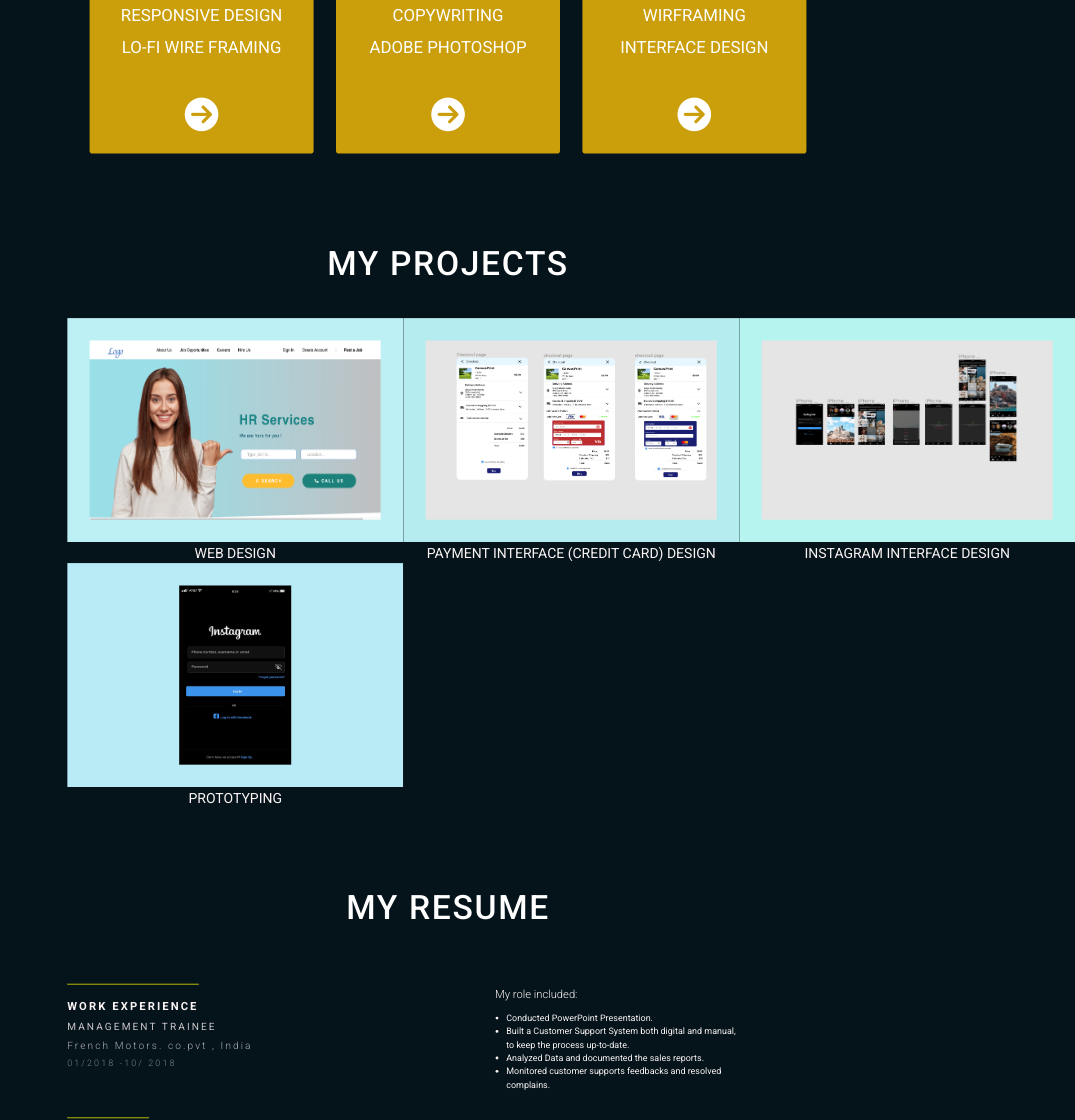
Repository: ajeyamajumder/Ajeya-Web-Portfolio-Design
Page: index.html
The author's editor kept a copy of each file at every save. The page is drawn from the files as they stood at one save, then again after the next save.
The browser window is 1280 px wide. The page is 1536 px wide, then 1280 px, so the pictures cover 1536 px, including what lies to the right of the window. The pictures show the part of the page from y = 1909 to 3509 px (the page is 4285 px tall), at 70% of full size.
Some web fonts or font styles are not loaded; a fallback is used. Some web libraries are served in a nearby version.

Above is the page before, as saved 2023-03-12 20:53:55.

### index.html
<!DOCTYPE html>
<html lang="en">
  <head>
    <meta charset="UTF-8" />
    <meta name="viewport" content="width=device-width, initial-scale=1.0" />
    <link rel="stylesheet" href="/css /normalize.css" />
    <link rel="stylesheet" href="/css /style.css" />
    <link rel="preconnect" href="https://fonts.googleapis.com">
    <link rel="preconnect" href="https://fonts.gstatic.com" crossorigin>
    <link href="https://fonts.googleapis.com/css2?family=Calligraffitti&family=Roboto+Slab:wght@700;800&family=Roboto:ital,wght@0,300;0,400;0,500;0,700;1,500&display=swap" rel="stylesheet">
    <title>Ajeya Chakraborty Portfolio</title>
  </head>
  <body>
      <header>
<nav class = "navbar" >
        <ul class="list nav__list ">
            <li class="nav__item">
                <a href=""target="_blank"> HOME </a></li>
            <li class="nav__item">
                <a  href=""target="_blank">SKILLS</a> </li>

            <li class="nav__item">
                <a href=""target="_blank">PORTFOLIO</a> </li>
            <li class="nav__item ">
                <a  href=""target="_blank">ABOUT</a> </li>
            <li class="nav__item ">
                <a  href=""target="_blank">CONTACT</a> </li>
        </ul>
</nav>
</header>
<section class="block container ">
   <header class ="banner__block-header">
    <h1 class="heading__h1">Hello </h1>
    <p class="heading__para" > I am a WEB DESIGNER </p>

    <div class="banner__header">
    <div class="banner__header-firstname">Ajeya</div>
    <div class="banner__header-lastname">Chakraborty</div>

    </div>
<div class="button">
    <button class="btn btn__resume"> Download My Resume!</button>
</div>

</header>
</section>
<section class="block   ">

    <header class="block__header ">
        <h2>ABOUT ME</h2>
    </header>

    <div class=" container second__block  ">

        <div class="grid  grid--1X2 grid--1x2  ">

   <div><h6 class="about__tag">I'm a Web/Product Designer</h6>   </div>


   <div class="about__section "> Skilled in SEO, SEM, Google Ads, Google Analytics,
    Google Search Console Microsoft Office suite, UI&UX Designing.
     Volunteered in HTML5 & CSS3, VS Code, Github, Fundamentals of Web Development, and Office 365.
     Currently doing a self-taught UI/UX case study to understand how to bring down the gap between
     User Experience designing and Front-end development.


      <div class="follow">
        FOLLOW ME <ul class="list  ">
        <li><a href="https://www.linkedin.com/in/ajeya-chakraborty-2b0a571a6">
        <i class="fa-brands fa-linkedin"></i></a></li>
        <li><a href="https://www.behance.net/ajeyachakrab" target="_blank"
            ><i class="fa-brands fa-behance"></i></a></li>
        <li><a href="https://www.figma.com/@cb2329ae_edd0_4" target="_blank">
            <i class="fa-brands fa-figma"></i></a></li>
        <li><a href="https://github.com/ajeyamajumder" target="_blank">
            <i class="fa-brands fa-github"></i></a></li>
        <li><a href="https://dribbble.com/Ajeya25" target="_blank">
            <i class="fa-brands fa-dribbble"></i></a></li>
        <li><a href="https://www.instagram.com/theajeyachakraborty" target="_blank">
            <i class="fa-brands fa-instagram"></i></a></li>

        </ul>
    </div>

</div>
</div>


</section>


<section class="block ">

<header class="block__header  " >
 <h3>MY SKILLS</h3></header>

 <div class="container third__block   ">

    <div class=" grid grid--1X2 grid--1x3">

     <div class="card  card--primary">
       <header class="card__header">WEB DESIGN</header>

       <div class="card__body">
         <li class="list">HTML</li>
         <li class="list">CSS</li>
         <li class="list">PROTYPING</li>
         <li class="list">RESPONSIVE DESIGN</li>
         <li class="list">LO-FI WIRE FRAMING</li>

       </div>
    <div><a href="https://www.canva.com/design/DAFEwa5dews/f
    J1gJidYnW4Lt7wu0VFLMA/view?utm_content=DAFEwa5dews&utm_c
    ampaign=designshare&utm_medium=link2&utm_source=sharebutton"
    target="_blank"><i class="fa-sharp fa-solid  fa-circle-arrow-right"></i></a>
     </div>
    </div>


     <div class="card card--primary">
       <header class="card__header">GRAPHIC DESIGN</header>
       <div class="card__body">
        <li class="list">CANVA</li>
         <li class="list">SKETCH</li>
         <li class="list">ART PAINTING</li>
         <li class="list">COPYWRITING</li>
         <li class="list">ADOBE PHOTOSHOP</li>

       </div><a href="https://www.canva.com/design/DAFEwa5dews/fJ1gJidYnW4Lt7wu0VFLMA/view?utm_content=DAFEwa5dews&utm_campaign=designshare&utm_medium=link2&utm_source=sharebutton" target="_blank">
        <i class="fa-sharp fa-solid  fa-circle-arrow-right"></i></a>
     </div>


     <div class="card card--primary">
       <header class="card__header">PRODUCT DESIGN</header>
       <div class="card__body">
         <li class="list">HTML</li>
         <li class="list">CSS</li>
          <li class="list">PROTYPING</li>
          <li class="list">WIRFRAMING</li>
          <li class="list">INTERFACE DESIGN</li>
       </div> <a href="https://www.canva.com/design/DAFEwa5dews/fJ1gJidYnW4Lt7wu0VFLMA/view?utm_content=DAFEwa5dews&utm_campaign=designshare&utm_medium=link2&utm_source=sharebutton" target="_blank">
        <i class="fa-sharp fa-solid  fa-circle-arrow-right"></a></i>
     </div>
   </div>
</div>



 </section>

<section class="block container ">
<header class="block__header ">
<h4>MY PROJECTS</h4>
</header>
<div class=" grid media g grid--1X2 grid--1x3">

 <picture><a href="https://github.com/ajeyamajumder/HR-Services.git" target="_blank">
<img class="tab tab1"  src="images/tab1 .webp" alt=" Web Designing">
 </a>WEB DESIGN</picture>

 <picture><a href="https://www.behance.net/gallery/146048941/Credit-Card-Payment-UI-Design" target="_blank">
 <img class="tab tab2" src="/images/credit-card-payment-Interface-design.webp" alt="Credit Card Design">
</a>PAYMENT INTERFACE (CREDIT CARD) DESIGN </picture>

 <picture><a href="https://www.figma.com/community/file/1097797035301136397"target="_blank">
  <img class="tab tab3" src="/images/Interface Design .webp" alt="Instagram Interface Designing" >
</a>INSTAGRAM INTERFACE DESIGN </picture>

<picture><a href="https://www.figma.com/proto/CRwaEYbes7cw2H3hZI6rpB/Instagram?node-id=3-3&starting-point-node-id=3%3A3"target="_blank">
 <img class="tab tab4 insta" src="/images/Instagram-Post-_Community_-2.webp" alt="Prototyping">
</a> PROTOTYPING </picture>
</div>
</section>

<section class="block  ">
    <header class="block__header ">
          <h2>MY RESUME</h2></header>
        <div class=" container fourth__block  ">
            <div class=" grid   grid--1X2 grid--1x4  ">
                <div class="experience  ">
                <p class="job"> WORK EXPERIENCE</p>
                 <p class="designation"> MANAGEMENT TRAINEE</p>
                <p class="company"> French Motors. co.pvt , India</p>
                <p class="date"> 01/2018 -10/ 2018</p>
            </div>

                <div class=" description " >
                    <p class="job-description">
                        My role included:
                    <ul class="descp">
                        <li> Conducted PowerPoint Presentation.</li>
                        <li> Built a Customer Support System both digital and manual, to keep the process up-to-date. </li>
                        <li> Analyzed  Data and documented the sales reports.  </li>
                        <li> Monitored customer supports feedbacks and resolved complains.</li>

                    </ul>

                       </p>
                    </div>



                 <div class="experience ">
                 <p class="job">VOLUNTEER</p>
                 <p class="designation">CREATIVE DESIGNER</p>
                 <p class="company"> Cyber Security NonProfit
                    Organization, USA</p>
                 <p class="date"> Present</p>
                </div>
                 <div class=" description " >
                    <p class="job-description"> Currently Volunteering as a Creative Designer at the organization.
                        My role includes Newsletter Design.</p>
           </div>
           <div class="experience ">
            <p class="job">VOLUNTEER</p>
            <p class="designation">BOOK DESIGNER</p>
            <p class="company"> Creative Writing Modern Age,India
              </p>
            <p class="date"> Present</p>
           </div>
            <div class=" description " >
               <p class="job-description"> Currently Volunteering as a Book Designer at the organization.
                   <br>
                   My  role included:
                  <ul class="descp" >
                      <li>Book Cover Design</li>
                      <li>Book Interior Design</li>
                      <li>Copywriting</li>
                  </ul> </p>
               </div>
        </div>
    </div>

        </div>

</section>
 <!-- <section class="block container ">
<header class="block__header">
            <h2>TESTIMONIALS</h2></header>
            <div class="container testimonial">
                <div class="card  card--primary">
                    <header class="card__header"></header>
            </div>

</section>-->


<footer class="block  footer ">
        <header class="block__header footer__banner">
            <div><h6 class="footer__heading">Contact Me on !</h6>

        <a class="email__address" href="ajeyachakraborty2@gmail.com"> ajeyachakraborty2@gmail.com </a> </div>
    </header>

    <div class="container   footer__section">
   <!-- <div class="footer__pages ">
        <ul class="list ">
        <li a href="">Home</a></li>
        <li a href="">About Me</a></li>
        <li a href="">Skills</a></li>
        <li a href="">My Resume</a></li>
        <li a href=""></a></li>
        <li a href=""></a></li>
    </ul>
</div>-->
        <div class="social-links">
            <ul class="list">
        <li><a href="https://www.linkedin.com/in/ajeya-chakraborty-2b0a571a6">
        <i class="fa-brands fa-linkedin"></i></a></li>
        <li><a href="https://www.behance.net/ajeyachakrab" target="_blank"><i class="fa-brands fa-behance"></i></a></li>
        <li><a href="https://www.figma.com/@cb2329ae_edd0_4" target="_blank"><i class="fa-brands fa-figma"></i></a></li>
        <li><a href="https://github.com/ajeyamajumder" target="_blank"><i class="fa-brands fa-github"></i></a></li>
        <li><a href="https://dribbble.com/Ajeya25" target="_blank"><i class="fa-brands fa-dribbble"></i></a></li>
        <li><a href="https://www.instagram.com/theajeyachakraborty" target="_blank"><i class="fa-brands fa-instagram"></i></a></li>
        <li><a href="#"><i class="fa-solid fa-arrow-up" target="_blank"></i></a>
        </ul>
     </div>
    </div>
</footer>

    </body>
  <script src="https://kit.fontawesome.com/79edb19b42.js" crossorigin="anonymous"></script>
</html>

Loaded but not shown: css /normalize.css (library); css /style.css (876 lines, source omitted)

After the next save:
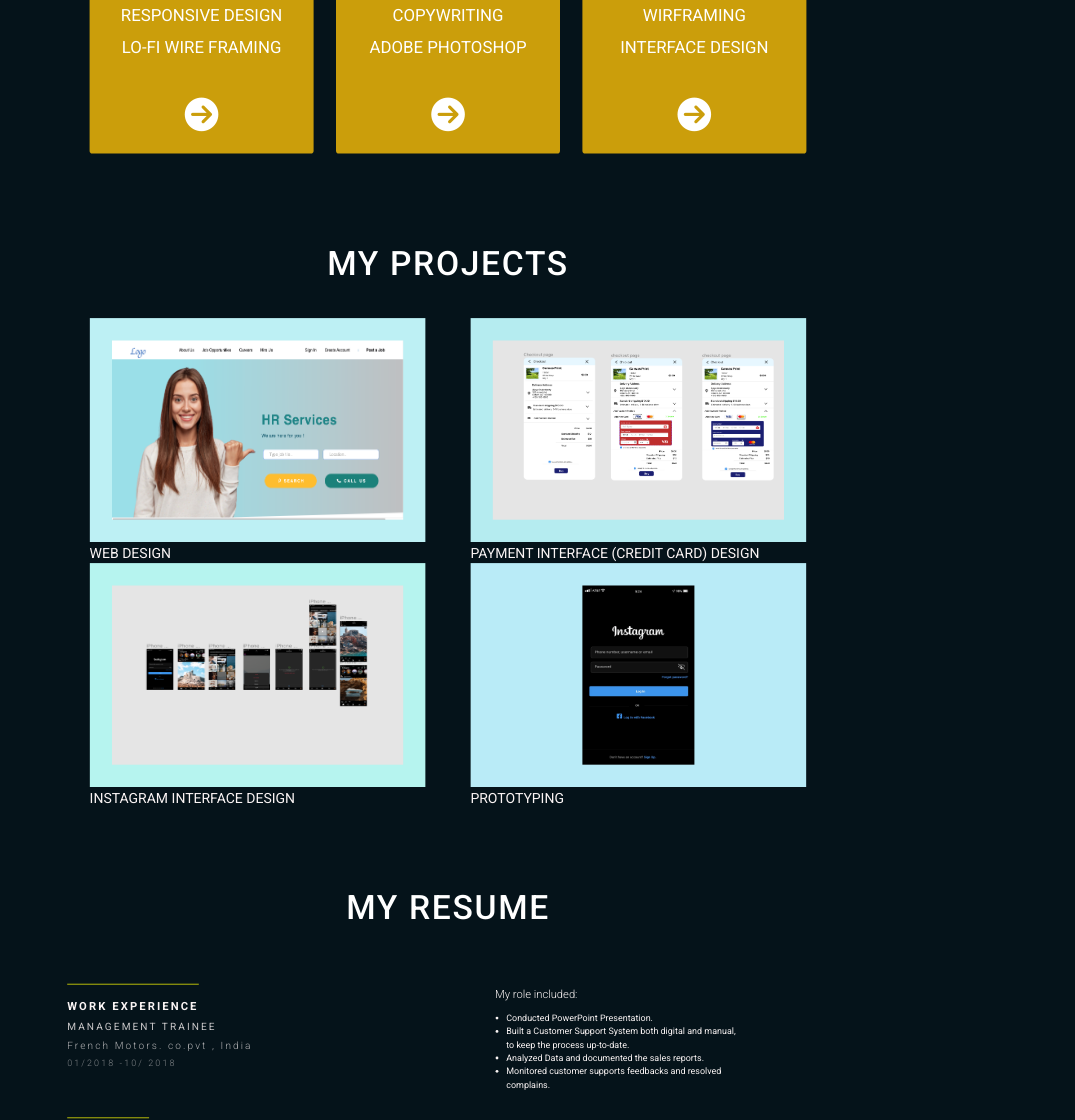
Saved 81 s later.
--- a/index.html
+++ b/index.html
@@ -153,7 +153,7 @@
 <header class="block__header ">
 <h4>MY PROJECTS</h4>
 </header>
-<div class=" grid media g grid--1X2 grid--1x3">
+<div class=" grid media g grid--1X2 grid--1x4">
 
  <picture><a href="https://github.com/ajeyamajumder/HR-Services.git" target="_blank">
 <img class="tab tab1"  src="images/tab1 .webp" alt=" Web Designing">
